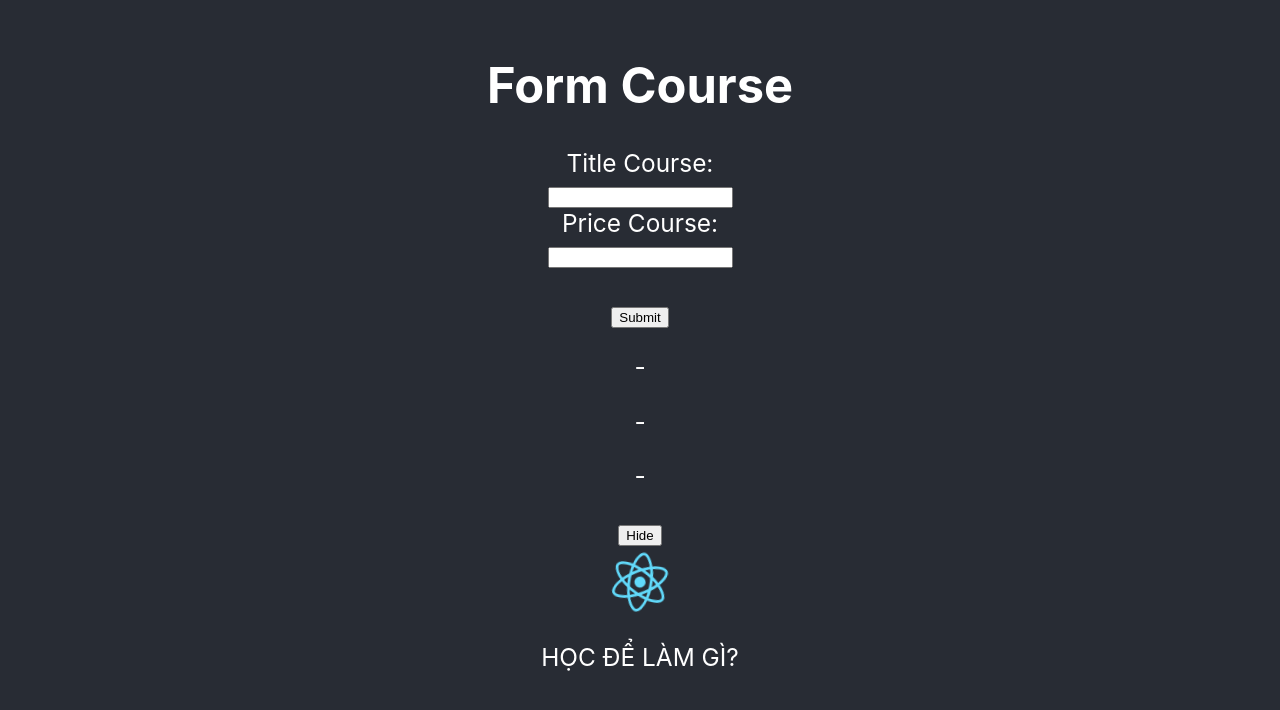
Repository: nguyennam1029/Reactjs-Hoi-Dan-It-1
Page: /, after clicking the first element matching `button`
The author's editor kept a copy of each file at every save. The page is drawn from the files as they stood at one save, then again after the next save.
The browser window is 1280 px wide. The pictures show the whole page.
The project was rebuilt for these pictures with package versions that can differ from the ones it lists, and the page was loaded fresh each time.

Above is the page before, as saved 2022-06-15 15:12:29.

After the next save:
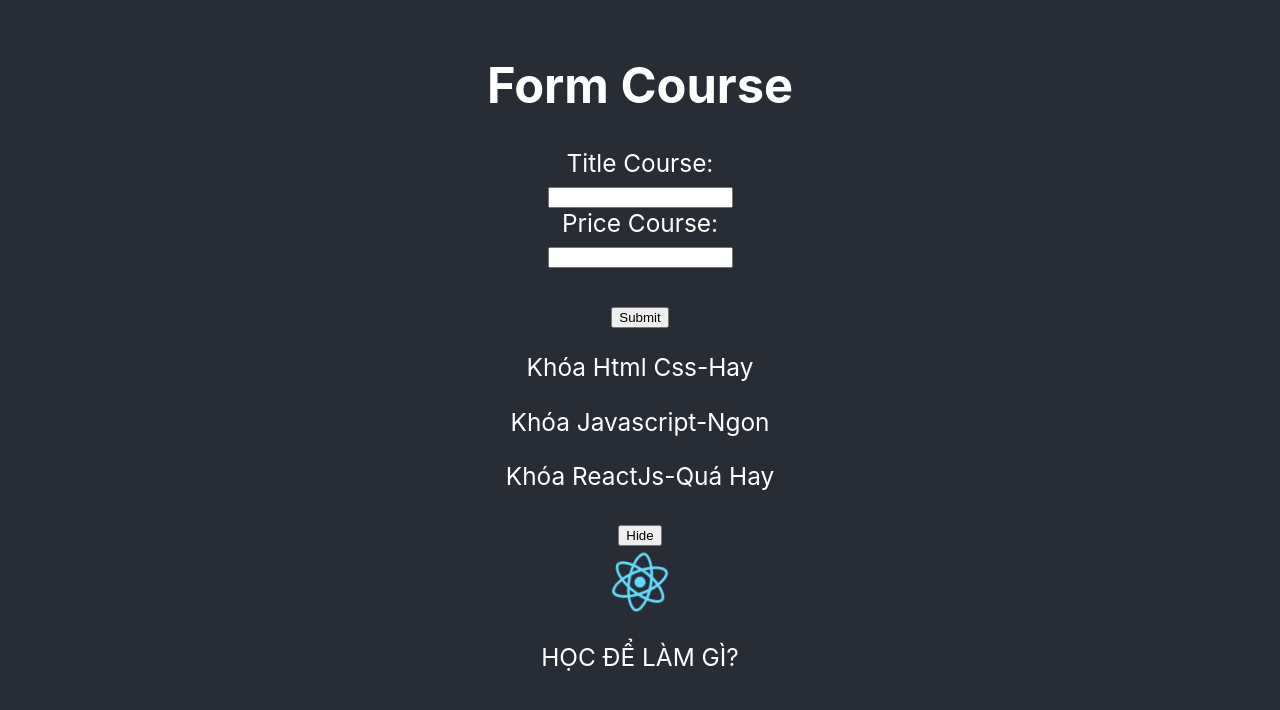
Saved 56 s later.
--- a/src/views/example/childcomponent.js
+++ b/src/views/example/childcomponent.js
@@ -40,7 +40,7 @@
 
 
                                 <div className='courses-item' key={item.id}>
-                                    <p>{item.title}-{item.description}</p>
+                                    <p>{item.titleCourse}-{item.priceCourse}</p>
                                 </div>
 
                             )
@@ -72,8 +72,8 @@
 //                    courses.map((item, index) => {
 //                        return (
 //                            <div className='courses-item' key={item.id}>
-//                                <h2>{item.title}</h2>
-//                                <p>{item.description}</p>
+//                                <h2>{item.titleCourse}</h2>
+//                                <p>{item.priceCourse}</p>
 //                            </div>
 //                        )
 //                    })
